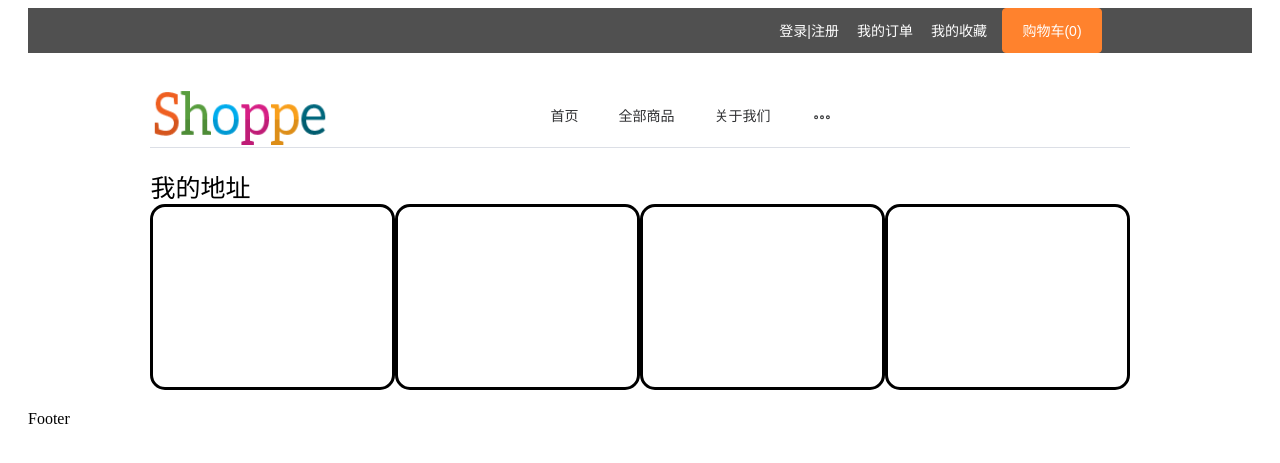
Repository: zhenghaochang/---
Page: /#/confirmOrder (app in xiaomi/)
The author's editor kept a copy of each file at every save. The page is drawn from the files as they stood at one save, then again after the next save.
The browser window is 1280 px wide. The pictures show the whole page.
The project was rebuilt for these pictures with package versions that can differ from the ones it lists, and the page was loaded fresh each time. Also part of the build but not shown: xiaomi/vite.config.js.

Above is the page before, as saved 2025-08-03 16:01:54.

### xiaomi/src/main.js
import { createApp } from 'vue';
import ElementPlus from 'element-plus';
import 'element-plus/dist/index.css';
import router from './router/router';
import App from './App.vue';
import * as ElementPlusIconsVue from '@element-plus/icons-vue';
import { createPinia } from 'pinia';
import piniaPluginPersistedstate from 'pinia-plugin-persistedstate'
const app = createApp(App);
const pinia = createPinia();
pinia.use(piniaPluginPersistedstate)
app.use(pinia);
for (const [key, component] of Object.entries(ElementPlusIconsVue)) {
    app.component(key, component);
}
app.use(router);
app.use(ElementPlus);
app.mount('#app');

### xiaomi/src/router/router.js
import {createRouter,createWebHashHistory} from 'vue-router'

let router = createRouter({
    history:createWebHashHistory(),
    routes:[
        {
            path:"/",
            component:()=>import('../components/main.vue'),
            redirect:"/home",
            children:[
                {
                    path:"/home",
                    component:() => import('../view/home.vue')
                },
                {
                    path:"/allGoods",
                    component:() => import('../view/allGoods.vue')
                },
                {
                    path:"/goods",
                    component:()=>import('../view/goods.vue')
                },
                {
                    path:"/orderList",
                    component:()=> import('../view/orderList.vue')
                },
                {
                    path:"/shoppingCart",
                    component:()=> import('../view/shoppingCart.vue')
                },
                {
                    path:"/collection",
                    component:()=> import('../view/collection.vue')
                },
                {
                    path:"/confirmOrder",
                    component:()=>import('../view/confirmOrder.vue')
                }
            ]
        }
    ]
})

export default router

### xiaomi/src/App.vue
<script setup>
import Menu from '../src/components/menu.vue'


</script>

<template>
    <div>
        <el-container>
            <el-header class="header"><Menu></Menu></el-header>
            <el-main class="main"><router-view></router-view></el-main>
            <el-footer>Footer</el-footer>
        </el-container>
    </div>
</template>

<style scoped>
.header{
/*     background-color: blue; */
    width:100%
}
/* .main{
    background-color: blue;
    width: 100%;
    display:flex;
    flex-direction: column;
    justify-content: center;
} */
</style>

### xiaomi/src/components/main.vue
<script setup>
import logo from '../assets/img/logo.png'
import { Search } from '@element-plus/icons-vue'
import {useRoute,useRouter} from 'vue-router'
import {goodsList, selectParam,total} from '../global/global'
import {getGoodsList} from '../global/global'

const router = useRouter()
const route = useRoute()

async function search(){
    console.log(selectParam.value.goodsName)
    router.push("/allGoods")
    getGoodsList()
}

</script>

<template>
    <div class="base_div">
        <!-- 菜单div -->
        <div style="width:80%;margin-bottom:20px">
            <el-menu
                :default-active="route.path"
                class="menu"
                mode="horizontal"
                @select="handleSelect"
                router
            >
                <div>
                    <img style="width:180px;height:60px;margin-right:200px" :src="logo" alt="">
                </div>
                <el-menu-item class="menu_item" index="/home">首页</el-menu-item>
                <el-menu-item class="menu_item" index="/allGoods">全部商品</el-menu-item>
                <el-menu-item class="menu_item" index="/aboutUs">关于我们</el-menu-item>
                <div>
                    <el-input
                        v-model="selectParam.goodsName"
                        style="margin-left:200px;width:250px"
                        placeholder="请输入商品名称"
                        class="input-with-select"

                    >
                        <template #append>
                            <el-button @click="search" :icon="Search" />
                        </template>
                    </el-input>
                </div>
            </el-menu>
        </div>
        <!-- 菜单div END -->
        <!-- 主体div -->
        <div style="width:100%">
            <router-view></router-view>
        </div>
    </div>
</template>

<style scoped>
.base_div{
    width: 100%;
    display:flex;
    flex-direction: column;
    align-items:center;
}
.menu{
    display:flex;
    align-items: center;
}
.menu_item{
    background-color: transparent !important;
}
</style>

### xiaomi/src/view/confirmOrder.vue
<script setup>

</script>

<template>
    <div class="base_div">
        <div style="width:80%;display:flex;flex-direction:column">
            <span style="font-size:25px">我的地址</span>
            <el-scrollbar wrap-style="width:100%;" view-style="display:flex" max-height="250px">
               <div class="address_div" v-for="item in 4" :key="item">

                </div>
            </el-scrollbar>

        </div>
    </div>
</template>

<style scoped>
.base_div{
    width: 100%;
    display: flex;
    flex-direction: column;
    align-items:center;
}
.address_div{
    width: 25%;
    height:180px;
    border-radius: 15px;
    border: 3px solid;

}
</style>

### xiaomi/src/components/menu.vue
<script setup>
import {ref,reactive} from 'vue'
import request from '../request/index'
import { ElMessage } from 'element-plus'
import {useUserStore} from '../store/index'
import {loginVisible,registVisible} from '../global/global'
import {useRouter,useRoute} from 'vue-router'


const store = useUserStore()
const router = useRouter()


const loginForm = ref({
    username:'',
    password:''
})

const registForm = ref({
    username:'',
    password:'',
    rePassword:'',
    name:''
})

const user = ref({
    id:0,
    username:'',
    name:'',
    numInCart:0,
    token:''
})

const loginFormRef = ref()
const registFormRef = ref()

const validateUsername = (rule,value,callback)=>{
    if(value.length==0){
      callback(new Error("用户名不能为空"))
    }else{
      callback()
    }
  }

  const validatePassword = (rule,value,callback)=>{
    if(value.length<4){
      callback(new Error("密码小于4位"))
    }else{
      callback()
    }
  }

  const validateRePassword = (rule,value,callback)=>{
    if(value.length<4){
      callback(new Error("密码小于4位"))
    }else{
      if(value != registForm.value.password){
        callback(new Error("密码不一致"))
      }else{
        callback()
      }
    }
  }

  const rules = {
    username:[{required:true,message:'用户名不能为空',validator:validateUsername}],
    password:[{required:true,message:'密码必须大于4位',validator:validatePassword}],
    rePassword:[{required:true,validator:validateRePassword}]
  }


async function login(){
    const valid = await loginFormRef.value.validate
    if(valid){
        let {data} = await request.post("/user/login",loginForm.value)
        if(data.code == 200){
            ElMessage.success('登录成功')
            user.value = data.data
            store.changeInfo(user.value)
            loginVisible.value = false
            location.reload()
        }else{
            ElMessage.error(data.msg)
        }
    }
}

async function regist(){
    const valid = await registFormRef.value.validate
    if(valid){
        let {data} = await request.post("/user/regist",registForm.value)
        if(data.code == 200){
            ElMessage.success('注册成功')
            registVisible.value = false
            loginVisible.value = true
        }else{
            ElMessage.error(data.msg)
        }
    }
}

function logout(){
    store.logout()
    location.reload()
}

</script>

<template>
    <div class="base_div">
        <el-button color="rgb(80,80,80)" @click="loginVisible = true" v-if="store.id==0" link>登录|注册</el-button>
        <div style="display:flex;align-items:center;margin-right:10px" v-else>
            <el-button color="rgb(80,80,80)" link>欢迎{{store.name}}</el-button>
            <el-button color="rgb(80,80,80)" @click="logout" link>退出登录</el-button>
        </div>
        <el-button color="rgb(80,80,80)" @click="()=>{router.push('/orderList')}" link>我的订单</el-button>
        <el-button color="rgb(80,80,80)" @click="()=>{router.push('/collection')}" link>我的收藏</el-button>
        <el-button  style="margin-right:150px;width:100px;height:100%;color:white"
         color="rgb(255,130, 45)"
         @click="()=>{router.push('/shoppingCart')}"
        >
            购物车({{store.numInCart}})
        </el-button>

        <!-- 登录窗口 -->
        <el-dialog v-model="loginVisible"  title="登录" width="300">
            <el-form :model="loginForm" ref="loginFormRef" :rules="rules">
                <el-form-item label="用户名" prop="username" :label-width="70">
                    <el-input v-model="loginForm.username" autocomplete="off" />
                </el-form-item>
                <el-form-item label="密码" prop="password" :label-width="70">
                    <el-input v-model="loginForm.password" autocomplete="off" type="password" show-password />
                </el-form-item>
            </el-form>
            <template #footer>
                <div style="display:flex;justify-content:space-between;align-items:center">
                    <el-button type="warning" @click="registVisible = true">注册</el-button>
                    <div>
                        <el-button @click="loginVisible = false">取消</el-button>
                        <el-button type="primary" @click="login">
                        登录
                        </el-button>
                    </div>

                </div>
            </template>
        </el-dialog>
        <!-- 登录窗口END -->
        <!-- 注册窗口 -->
        <el-dialog v-model="registVisible"  title="注册" width="350">
            <el-form :model="registForm" ref="registFormRef" :rules="rules">
                <el-form-item label="用户名" prop="username" :label-width="80">
                    <el-input v-model="registForm.username" autocomplete="off" />
                </el-form-item>
                <el-form-item label="密码" prop="password" :label-width="80">
                    <el-input v-model="registForm.password" autocomplete="off" type="password" show-password />
                </el-form-item>
                <el-form-item label="确认密码" prop="rePassword" :label-width="80">
                    <el-input v-model="registForm.rePassword" autocomplete="off" type="password" show-password />
                </el-form-item>
                <el-form-item label="姓名"  :label-width="80">
                    <el-input v-model="registForm.name" autocomplete="off"  />
                </el-form-item>
            </el-form>
            <template #footer>
                <div style="">
                    <div>
                        <el-button @click="registVisible = false">取消</el-button>
                        <el-button type="primary" @click="regist">
                        注册
                        </el-button>
                    </div>

                </div>
            </template>
        </el-dialog>
        <!-- 注册窗口END -->
    </div>
</template>

<style scoped>
.base_div{
    background-color:rgb(80,80,80);
    width:100%;
    height:45px;
    display: flex;
    justify-content:flex-end;
}
</style>

### xiaomi/src/global/global.js
import {ref} from 'vue'
import request from '../request'

export const selectParam = ref({
    categoryId:0,
    pageSize:15,
    currentPage:1,
    goodsName:''
})

export const goodsList = ref([])

export const total = ref(0)

export async function getGoodsList(){
    let {data} = await request.post("/goods/getAllGoodsList",selectParam.value)
    goodsList.value = data.data.goods
    total.value = data.data.total
}

export const loginVisible = ref(false)
export const registVisible = ref(false)

### xiaomi/src/request/index.js
import axios from 'axios'
import { ElMessage } from 'element-plus'
import {useUserStore} from '../store/index'
import {loginVisible} from '../global/global'



const request = axios.create({
    baseURL:'http://localhost:8080',
    timeout:10000
})

request.interceptors.request.use(
    config => {
        const store = useUserStore()
        const token = store.token
        console.log("token:"+token)
        if(token){
            config.headers['authorization'] = token
        }
        return config
    },
    error => Promise.reject(error)
)

request.interceptors.response.use(
    response =>{
        return response
    },
    error => {
        const store = useUserStore()
        console.log(error)
        if(error.status == 401){
            ElMessage.error('请登录')
            store.logout()
            loginVisible.value = true
        }else{
            ElMessage.error(error.response?.data?.msg || '网络错误')
        }
        return Promise.reject(error)
    }

)




export default request

### xiaomi/src/store/index.js
import {defineStore} from 'pinia'
import request from '../request'

const user = {
    id:0,
    username:'',
    name:'',
    numInCart:0,
    token:''
}

export const useUserStore = defineStore('userInfo',{
    state:()=>({
        id:0,
        username:'',
        name:'',
        numInCart:0,
        token:''
    }),
    getters:{},
    actions:{
        changeInfo(user){
            this.id = user.id,
            this.username = user.username,
            this.name = user.name,
            this.numInCart = user.numInCart,
            this.token = user.token
        },
        logout(){
            this.id = 0,
            this.username = '',
            this.name = '',
            this.numInCart = 0,
            this.token = ''
        },
        async updateNum(){
            let {data} = await request.get("/shoppingCart/getNumInCart")
            this.numInCart = data.data
        }
    },
    persist: true
}
)

Loaded but not shown: xiaomi/index.html (common file)

After the next save:
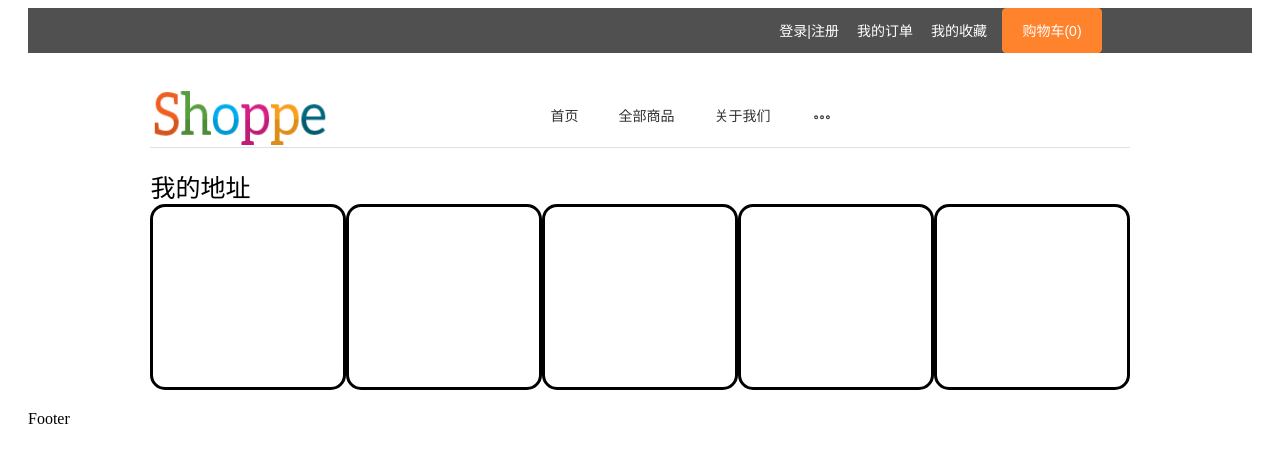
Saved 7 s later.
--- a/xiaomi/src/view/confirmOrder.vue
+++ b/xiaomi/src/view/confirmOrder.vue
@@ -7,7 +7,7 @@
         <div style="width:80%;display:flex;flex-direction:column">
             <span style="font-size:25px">我的地址</span>
             <el-scrollbar wrap-style="width:100%;" view-style="display:flex" max-height="250px">
-               <div class="address_div" v-for="item in 4" :key="item">
+               <div class="address_div" v-for="item in 5" :key="item">
 
                 </div>
             </el-scrollbar>

After the save that followed:
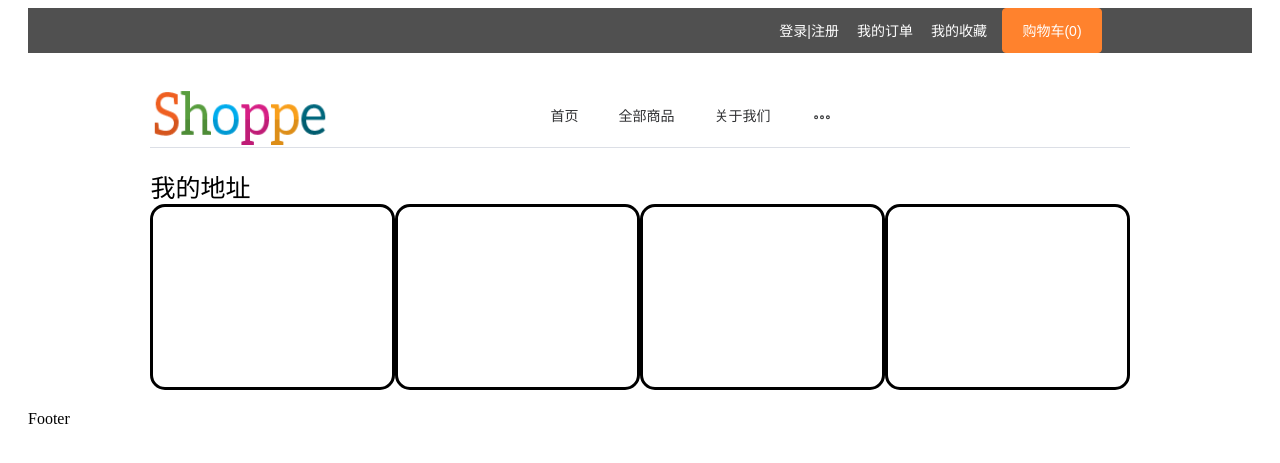
Saved 4 s later.
--- a/xiaomi/src/view/confirmOrder.vue
+++ b/xiaomi/src/view/confirmOrder.vue
@@ -7,7 +7,7 @@
         <div style="width:80%;display:flex;flex-direction:column">
             <span style="font-size:25px">我的地址</span>
             <el-scrollbar wrap-style="width:100%;" view-style="display:flex" max-height="250px">
-               <div class="address_div" v-for="item in 5" :key="item">
+               <div class="address_div" v-for="item in 4" :key="item">
 
                 </div>
             </el-scrollbar>
